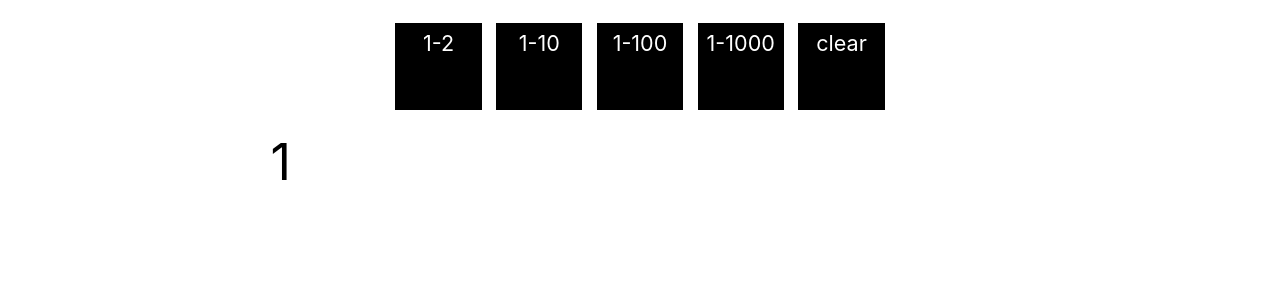
Repository: michalgornicki/number-generator
Page: /, after clicking the first element matching `div.button`
The author's editor kept a copy of each file at every save. The page is drawn from the files as they stood at one save, then again after a run of saves.
The browser window is 1280 px wide. The pictures show the whole page.
The project was rebuilt for these pictures with package versions that can differ from the ones it lists, and the page was loaded fresh each time.

Above is the page before, as saved 2021-12-03 14:04:06.

### src/App.jsx
import React, { useState } from "react";
import "./App.css";

function App() {
  const [state, setState] = useState([]);
  var sum = (state.length > 0) ? state.reduce((a, b) => a + b) : 0

  return (
    <p>
      <div className="button-container">
        <div
          className="button"
          onClick={() =>
            setState([...state, Math.floor(Math.random() * 2 + 1)])
          }
        >
          1-2
        </div>
        <div
          className="button"
          onClick={() => setState([...state, Math.floor(Math.random() * 10)])}
        >
          1-10
        </div>
        <div
          className="button"
          onClick={() => setState([...state, Math.floor(Math.random() * 100)])}
        >
          1-100
        </div>
        <div
          className="button"
          onClick={() => setState([...state, Math.floor(Math.random() * 1000)])}
        >
          1-1000
        </div>
        <div className="button" onClick={() => setState([])}>
          clear
        </div>
      </div>

      <div className="map">
        {state.map((item) => {
          return <div className="map-item">{item}</div>;
        })}
      </div>
    </p>
  );
}

export default App;

### src/App.css
body{
    user-select: none;
}

.button-container{
    display: block;
    margin:auto;
    display: flex;
    justify-content: center;
}

.button{
    width: 10vmin;
    height: 10vmin;
    background-color: black;
    color: white;
    padding: 1vmin;
    margin: 1vmin;
    cursor: pointer;
    text-align: center;
    font-size: 3vmin;
}

.map{
    display: flex;
    flex-wrap: wrap;
    margin: auto;
    text-align: center;
    width: fit-content;
    width: 60%;
}

.map-item{
    padding: 2vmin;
    font-size: 7vmin;
    transition: 1s;
}

Loaded but not shown: public/index.html (common file); src/index.js (common file); src/index.css (common file); src/reportWebVitals.js (common file)

After the next 3 saves:
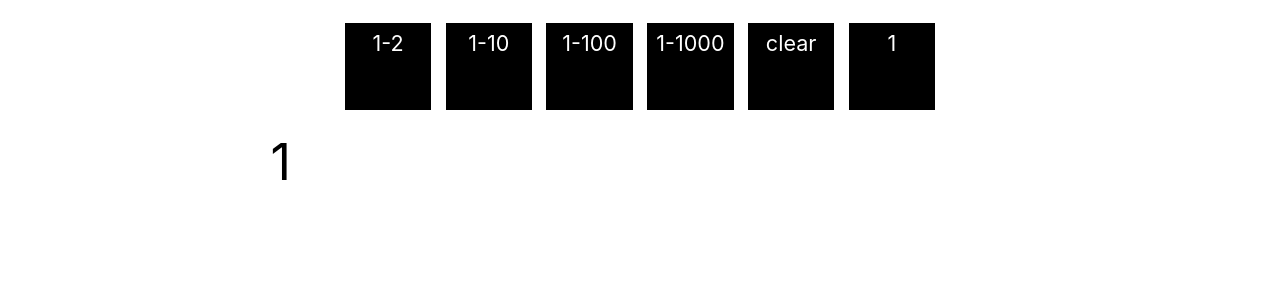
The 3 saves are shown as one change because they came seconds apart.
The last was saved 7 s later.
--- a/src/App.jsx
+++ b/src/App.jsx
@@ -37,6 +37,8 @@ function App() {
         <div className="button" onClick={() => setState([])}>
           clear
         </div>
+        <div className="button green">{sum}</div>
+
       </div>
 
       <div className="map">
